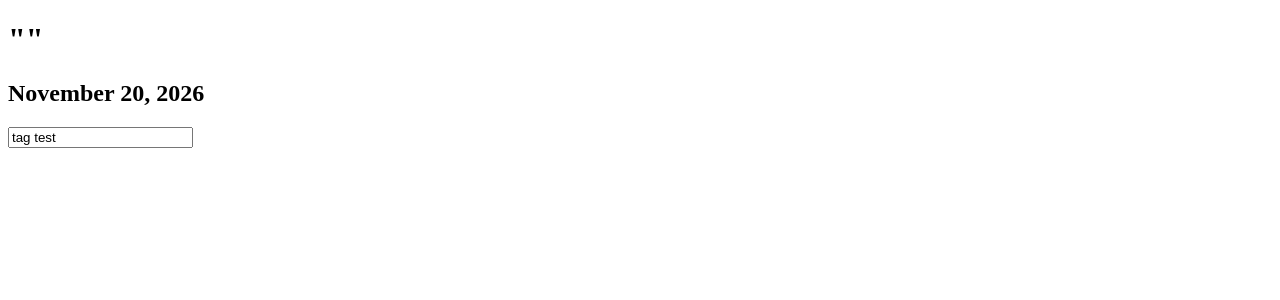
Repository: luckybright/springmvc
Page: http://localhost/springmvc/jsp/echo.jsp
An editor plug-in stored every save of this project. The page is shown before and after the next save, followed by the edit.
The browser window is 1280 px wide. The pictures show the whole page.
The page is served by Tomcat 9. Nobody is signed in. The application's start-up code is not run. Other server files are loaded and not shown.

Above is the page before, as saved 2014-04-23 08:50:07.

### springmvc/WebContent/jsp/echo.jsp
<%@ page language="java" contentType="text/html; charset=UTF-8"
    pageEncoding="UTF-8"%>
<%@taglib prefix="site-utils" uri="/WEB-INF/tlds/site-utils.tld" %>
<!DOCTYPE html PUBLIC "-//W3C//DTD HTML 4.01 Transitional//EN" "http://www.w3.org/TR/html4/loose.dtd">
<html>
<head>
<meta http-equiv="Content-Type" content="text/html; charset=UTF-8">
<title>Insert title here</title>
</head>
<body>
<h1>"${aJspValue}"</h1>
<h2><site-utils:lastModified/></h2>
<site-utils:textInput/>
</body>
</html>

### springmvc/src/ming/tag/LastModifiedTag.java
package ming.tag;

import java.io.File;
import java.io.IOException;
import java.text.DateFormat;
import java.util.Date;

import javax.servlet.http.HttpServletRequest;
import javax.servlet.jsp.tagext.TagSupport;

public class LastModifiedTag extends TagSupport {
	private static final long serialVersionUID = -2463956816652901357L;

	public int doEndTag() {
		try {
			HttpServletRequest request = (HttpServletRequest) pageContext
					.getRequest();
			String path = pageContext.getServletContext().getRealPath(
					request.getServletPath());
			File file = new File(path);
			DateFormat formatter = DateFormat.getDateInstance(DateFormat.LONG);
			pageContext.getOut().println(
					formatter.format(new Date(file.lastModified())));
		} catch (IOException ignored) {
		}
		return EVAL_PAGE;
	}

}

### springmvc/src/ming/tag/TextInputTag.java
package ming.tag;

import java.io.IOException;

import javax.servlet.jsp.tagext.TagSupport;

public class TextInputTag extends TagSupport {

	private static final long serialVersionUID = -3451527101072326720L;

	public int doEndTag(){
		try {
			pageContext.getOut().println("<input type=\"text\" value=\"tag test\">");
		} catch (IOException ignored) {
		}
		return EVAL_PAGE;
	}
}

After the next save:
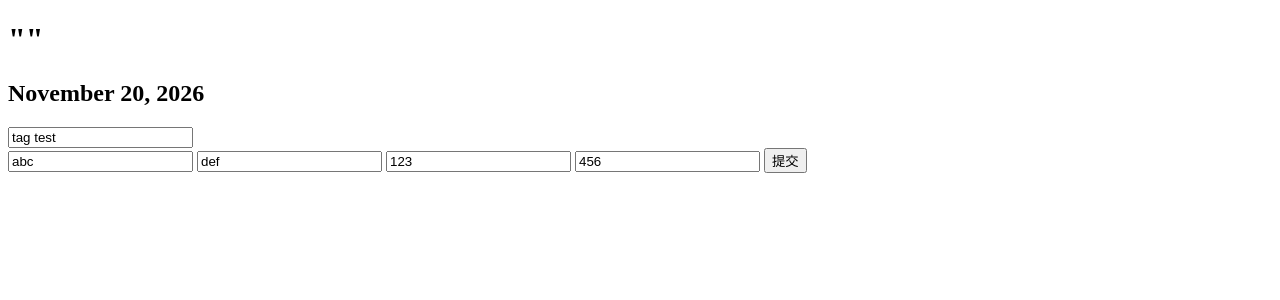
Saved 60 s later.
--- a/springmvc/WebContent/jsp/echo.jsp
+++ b/springmvc/WebContent/jsp/echo.jsp
@@ -11,5 +11,12 @@
 <h1>"${aJspValue}"</h1>
 <h2><site-utils:lastModified/></h2>
 <site-utils:textInput/>
+<form action="product/tableform.cmd" method="post">
+<input type="text" value="abc" name="tablename">
+<input type="text" value="def" name="tablename">
+<input type="text" value="123" name="tablename">
+<input type="text" value="456" name="tablename">
+<input type="submit" value="提交">
+</form>
 </body>
 </html>
